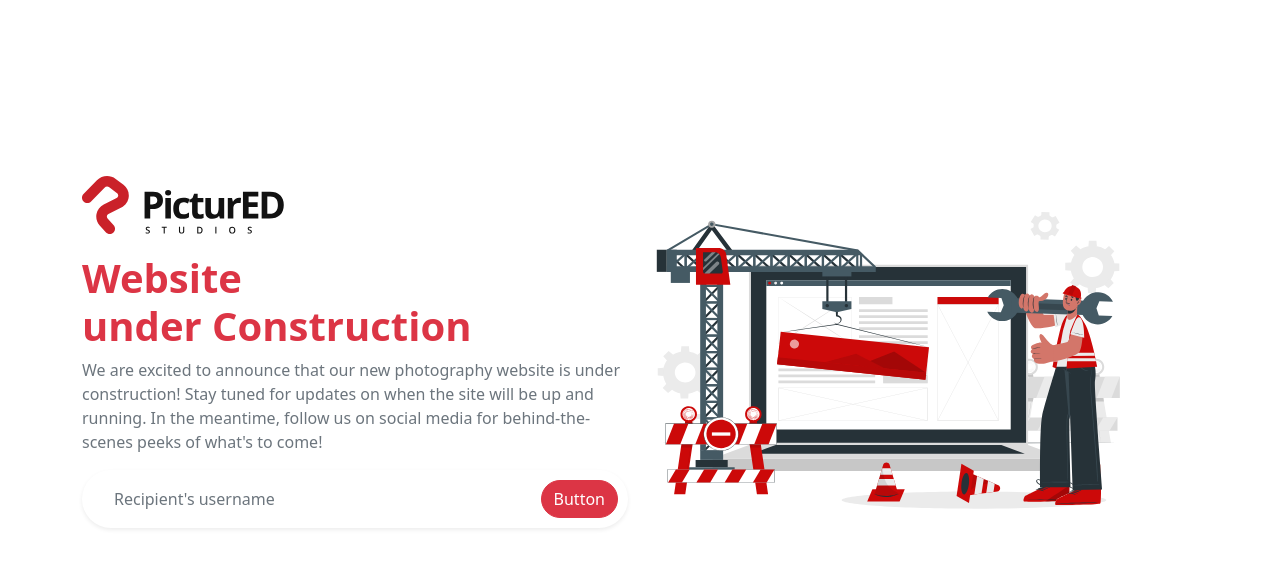
Repository: tHEO2k17/pictured
Page: /
An editor plug-in stored every save of this project. The page is shown before and after the next save, followed by the edit.
The browser window is 1280 px wide. The pictures show the whole page.
The project was rebuilt for these pictures with package versions that can differ from the ones it lists, and the page was loaded fresh each time.

Above is the page before, as saved 2022-09-14 14:25:29.

### src/index.scss
@import '~bootstrap/scss/bootstrap.scss';

.input-group {
  // border: 1px solid #eee;
  border-radius: 50px;
  padding: 10px 10px 10px 20px;
}

.input-group > :not(:first-child):not(.dropdown-menu):not(.valid-tooltip):not(.valid-feedback):not(.invalid-tooltip):not(.invalid-feedback) {
  margin-left: 20px;
  border-radius: 20px;
}

.form-control {
  border: unset;
}

.form-control:focus {
  background-color: #fff;
  border-color: unset;
  outline: 0;
  box-shadow: unset;
}

### src/App.tsx
import React from "react";
import {
  Container,
  Col,
  Row,
  Image,
  InputGroup,
  Button,
  Form,
} from "react-bootstrap";
import logo from "./core/res/images/logo.svg";
import sideImage from "./core/res/images/side-image.svg";

function App() {
  return (
    <Container className="min-vh-100">
      <Row className="min-vh-100 align-items-center">
        <Col>
          <Image src={logo} />
          <h1 className="text-danger fw-bold mt-3">
            Website <br /> under Construction
          </h1>

          <p className="text-muted">
            We are excited to announce that our new photography website is under
            construction! Stay tuned for updates on when the site will be up and
            running. In the meantime, follow us on social media for
            behind-the-scenes peeks of what's to come!
          </p>

          <InputGroup className="mb-3 shadow-sm">
            <Form.Control
              placeholder="Recipient's username"
              aria-label="Recipient's username"
              aria-describedby="basic-addon2"
            />
            <Button variant="danger" id="button-addon2">
              Button
            </Button>
          </InputGroup>

          {/* <Row>
            <Col md={{ span: 8, offset: 2 }}>
              <InputGroup className="mb-3 ">
                <Form.Control
                  placeholder="Recipient's username"
                  aria-label="Recipient's username"
                  aria-describedby="basic-addon2"
                />
                <Button variant="outline-secondary" id="button-addon2">
                  Button
                </Button>
              </InputGroup>
            </Col>
          </Row> */}
        </Col>
        <Col>
          <Image src={sideImage} />
        </Col>
      </Row>
    </Container>
  );
}

export default App;

Loaded but not shown: public/index.html (common file); src/index.tsx (common file)

After the next save:
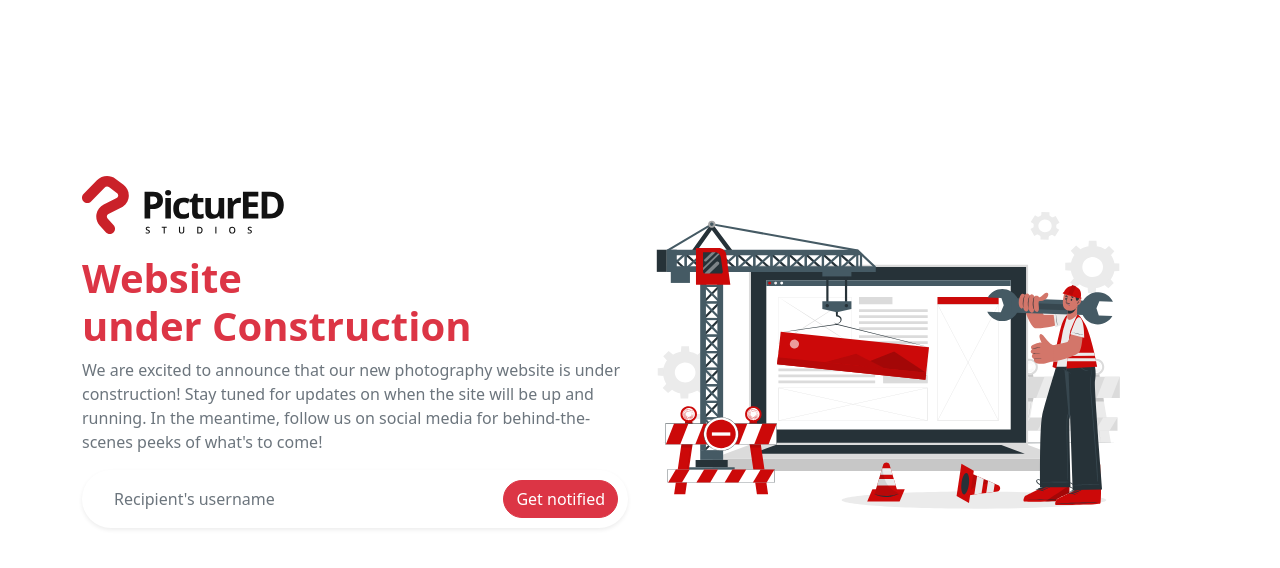
Saved 106 s later.
--- a/src/App.tsx
+++ b/src/App.tsx
@@ -35,7 +35,7 @@ function App() {
               aria-describedby="basic-addon2"
             />
             <Button variant="danger" id="button-addon2">
-              Button
+              Get notified
             </Button>
           </InputGroup>
 
